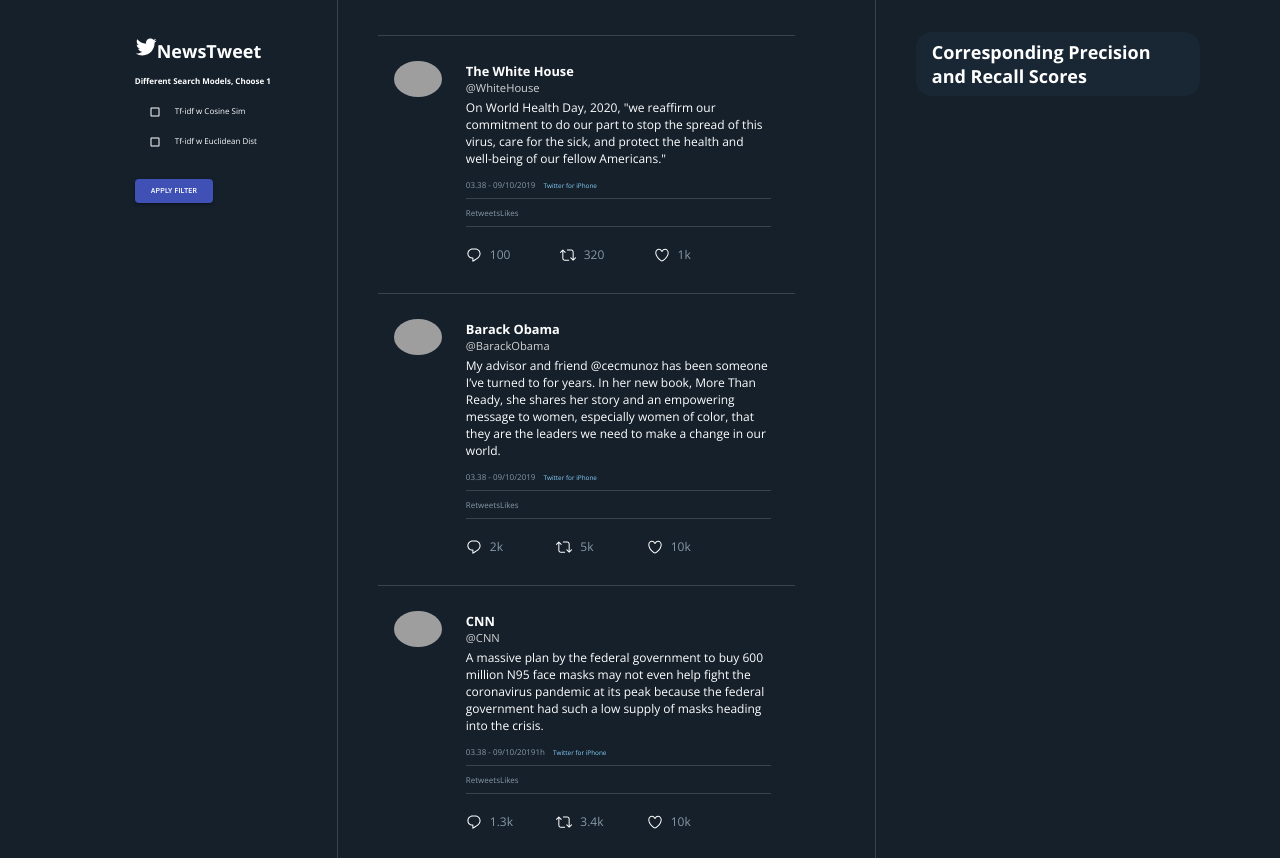
Repository: Dustyik/TwitterAIproj
Page: / (app in FrontEnd/)
The author's editor kept a copy of each file at every save. The page is drawn from the files as they stood at one save, then again after the next save.
The browser window is 1280 px wide. The pictures show the whole page.
Pictures or frames that could not be fetched are drawn as grey boxes. The page's requests for data from a server got no answer. The project was rebuilt for these pictures with package versions that can differ from the ones it lists, and the page was loaded fresh each time. No one was signed in, and anything a server would have sent is missing. Also part of the build but not shown: FrontEnd/src/components/trending/Trend.js, FrontEnd/src/components/trending/TrendsList.js, FrontEnd/src/components/trending/FollowSuggestionCard.js, FrontEnd/src/styles/FollowList.css, FrontEnd/src/components/trending/FollowSuggestionsList.js, FrontEnd/src/components/StatusCard.js, FrontEnd/src/pages/Status.js, FrontEnd/src/components/profile/ProfileHead.js and 3 more.

Above is the page before, as saved 2021-08-03 00:41:45.

After the next save:
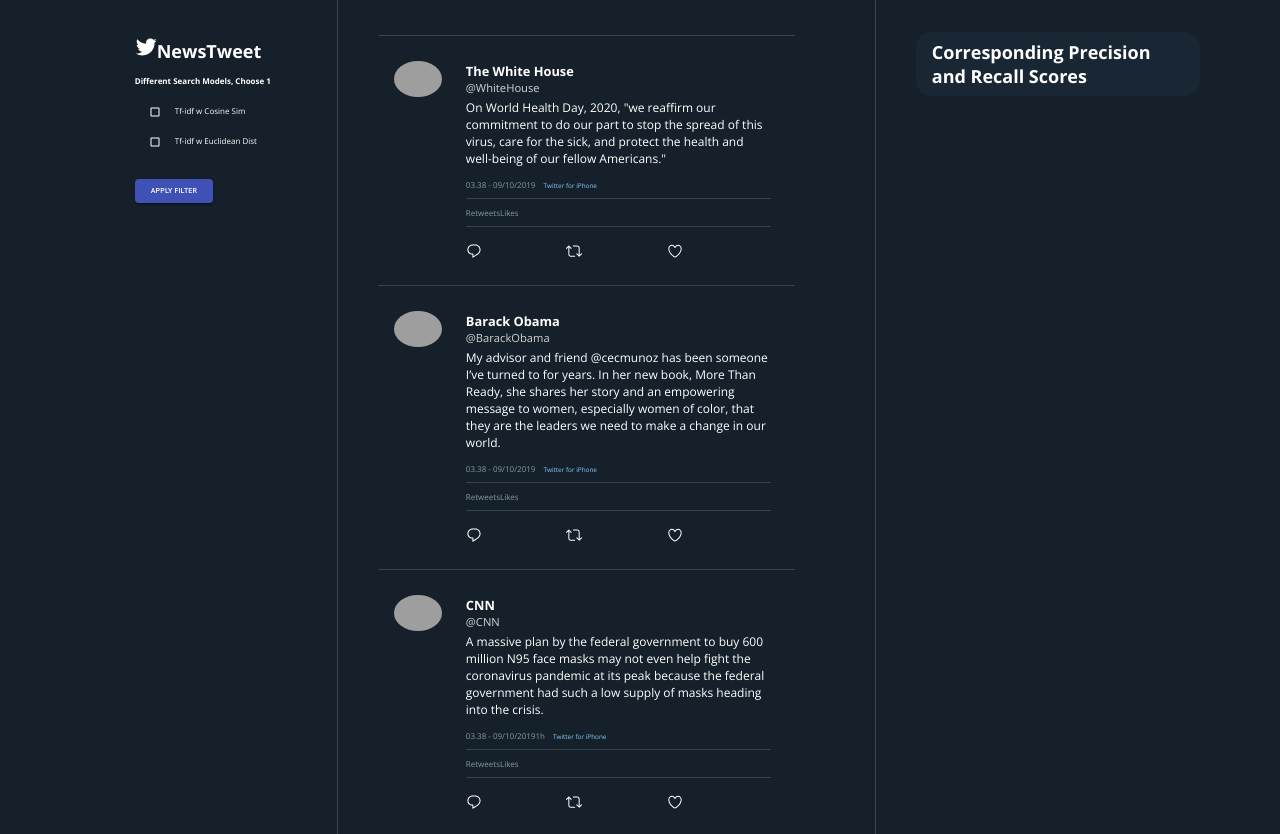
Saved 18 s later.
--- a/FrontEnd/src/components/TweetCard.js
+++ b/FrontEnd/src/components/TweetCard.js
@@ -53,9 +53,9 @@
 
 
                     <div className="tweet-card-footer">
-                        <span className="flex-align-center"><TweetCommentIcon /> <span className="tweet-cars-icon">{this.tweet.tweet.comments}</span></span>
-                        <span className="flex-align-center"><TweetRetweetIcon /><span className="tweet-cars-icon">{this.tweet.tweet.retweets}</span></span>
-                        <span className="flex-align-center"><TweetLikeIcon /><span className="tweet-cars-icon">{this.tweet.tweet.likes}</span></span>
+                        <span className="flex-align-center"><TweetCommentIcon /> <span className="tweet-cars-icon"></span></span>
+                        <span className="flex-align-center"><TweetRetweetIcon /><span className="tweet-cars-icon"></span></span>
+                        <span className="flex-align-center"><TweetLikeIcon /><span className="tweet-cars-icon"></span></span>
                         { /*<span className="flex-align-center"><TweetSendIcon /></span> */}
                         </div>
                     </div>
